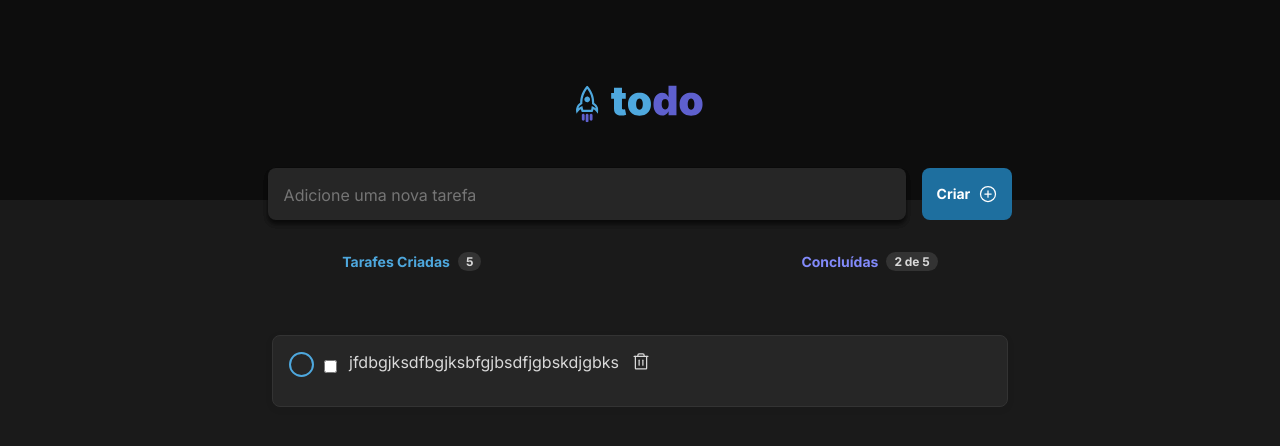
Repository: guilhermecardoso93/todolistreact
Page: /
The author's editor kept a copy of each file at every save. The page is drawn from the files as they stood at one save, then again after a run of saves.
The browser window is 1280 px wide. The pictures show the whole page.
The project was rebuilt for these pictures with package versions that can differ from the ones it lists, and the page was loaded fresh each time. Also part of the build but not shown: vite.config.ts.

Above is the page before, as saved 2022-07-04 23:04:57.

### index.html
<!DOCTYPE html>
<html lang="en">
  <head>
    <meta charset="UTF-8" />
    <link rel="icon" type="image/svg+xml" href="/src/favicon.svg" />
    <link rel="preconnect" href="https://fonts.googleapis.com" />
    <link rel="preconnect" href="https://fonts.gstatic.com" crossorigin />
    <meta name="viewport" content="width=device-width, initial-scale=1.0" />
    <link
      href="https://fonts.googleapis.com/css2?family=Inter:wght@400;500;600;700&display=swap"
      rel="stylesheet"
    />
    <title>to do list</title>
  </head>
  <body>
    <div id="root"></div>
    <script type="module" src="/src/main.tsx"></script>
  </body>
</html>

### src/App.tsx
import "./global.css";
import { Header } from "./Header";
import { Tasks } from "./Tasks";

function App() {
  return (
    <>
      <Header />
      <Tasks/>
    </>
  );
}

export default App;

### src/global.css
:root {
  --white: #fff;

  --gray-100: #f2f2f2;
  --gray-100: #d9d9d9;
  --gray-300: #808080;
  --gray-400: #333333;
  --gray-500: #262626;
  --gray-600: #1a1a1a;
  --gray-700: #0d0d0d;

  --danger: #e25858;

  --purple: #828afa;
  --purple-dark: #5e60ce;

  --blue: #4ea8de;
  --blue-dark: #1e6f9f;
}

* {
  margin: 0;
  padding: 0;
  box-sizing: border-box;
}

body {
  -webkit-font-smoothing: antialiased;
  background: var(--gray-600);
}

body,
textarea,
button,
input {
  font-family: "Inter", sans-serif;
}

### src/Header.tsx
import  Logo  from "./assets/logo.svg";

import styles from "./Header.module.css";

export function Header() {
  return (
    <header className={styles.header}>
      <img src={Logo} alt='logo' className={styles.logo}/>
    </header>
  );
}

### src/Tasks.tsx
import { PlusCircle, Trash } from "phosphor-react";
import { TaskList } from "./TasksList";
import { useState, ChangeEvent } from "react";

import styles from "./Tasks.module.css";

interface TaskProps {
  id: number;
  tasksText: string;
}

interface TaskDelete {
  task: string;
  onDeleteTask: (comment: string) => void;
}

export function Tasks() {
  const [task, setTask] = useState<string>("");
  const [todoList, setTodoList] = useState<TaskProps[]>([]);

  function handleNewTask(event: ChangeEvent<HTMLTextAreaElement>) {
    event.preventDefault();
    setTask(event.target.value);
  }

  function addTask() {
    const idRandom = (num: number) => Math.floor(Math.random() * num);
    const newTask = { id: idRandom(9999999), tasksText: task };

    setTodoList([...todoList, newTask]);
  }

  //function handleDeleteTask<TaskDelete>() {
  //  onDeleteTask(tasksText);
  //}

  return (
    <>
      <div className={styles.mainThing}>
        <form className={styles.container}>
          <textarea
            placeholder="Adicione uma nova tarefa"
            name="task"
            value={task}
            onChange={handleNewTask}
            required
          />

          <button type="submit" onClick={addTask}>
            Criar <PlusCircle size={20} />{" "}
          </button>
        </form>
        <div className={styles.content}>
          <div className={styles.titles}>
            <div className={styles.titlesMake}>
              <p className={styles.titlesMakeTitle}>Tarafes Criadas</p>
              <p className={styles.titlesMakeTitleNumber}> 5 </p>
            </div>
            <div className={styles.titles}>
              <div className={styles.titlesMake}>
                <p className={styles.titlesDoneTitle}>Concluídas</p>
                <p className={styles.titlesDoneTitleNumber}> 2 de 5 </p>
              </div>
            </div>
          </div>
        </div>

        <div>
          <div>
            <div className={styles.tasksList}>
              <div className={styles.tasksListItem}>
                <div>
                  <label className={styles.containerList}>
                    <input type="checkbox" />
                    <span className={styles.checkmark} />
                  </label>
                </div>
                <div>
                  <p>jfdbgjksdfbgjksbfgjbsdfjgbskdjgbks</p>
                </div>
                <div>
                  <button className={styles.delete}>
                    <Trash size={20} />{" "}
                  </button>
                </div>
              </div>
            </div>
          </div>
        </div>
      </div>
    </>
  );
}

### src/Header.module.css
.header {
  height: 12.5rem;
  background: var(--gray-700);
  display: flex;
  justify-content: center;
  align-items: center;
}

.logo {
  height: 4rem;
  width: 8rem;
}

### src/Tasks.module.css
.mainThing {
  display: flex;
  flex-direction: column;
  margin: auto;
  align-items: center;
  justify-content: center;
}

.content {
  display: flex;
  align-itens: center;
  justify-content: space-between;
  margin-bottom: 2rem;
  width: 736px;
}

.titles {
  display: flex;
  align-itens: center;
  justify-content: space-between;
  gap: 20rem;
  margin: auto;
}

.titlesMake,
.titleDone {
  display: flex;
  flex-direction: row;
  justify-content: center;
  align-items: center;
  gap: 0.5rem;
}
.titlesMakeTitle {
  color: var(--blue);
  font-weight: bold;
  font-weight: 700;
  font-size: 14px;
  line-height: 17px;
}

.titlesDoneTitle {
  color: var(--purple);
  font-weight: bold;
  font-weight: 700;
  font-size: 14px;
  line-height: 17px;
}

.titlesMakeTitleNumber,
.titlesDoneTitleNumber {
  display: flex;
  flex-direction: column;
  justify-content: center;
  align-items: center;

  width: auto;
  padding: 2px 8px;
  height: 19px;

  background: var(--gray-400);
  color: var(--gray-100);
  border-radius: 999px;

  font-style: normal;
  font-weight: 700;
  font-size: 12px;
  line-height: 15px;
}

.container {
  display: flex;
  align-items: center;
  justify-content: center;
  margin-top: -2rem;
  margin-bottom: 2rem;
  gap: 1rem;
}

.container textarea {
  background-color: var(--gray-500);
  color: var(--gray-300);
  width: 39.93rem;
  height: 3.25rem;
  padding: 1rem;

  overflow: hidden;
  resize: none;

  font-style: normal;
  font-weight: 400;
  font-size: 1rem;
  line-height: 140%;

  border: 1px solid var(--grey-700);
  box-shadow: 0px 4px 4px rgba(0, 0, 0, 0.25), 0px 4px 4px rgba(0, 0, 0, 0.25),
    0px 4px 4px rgba(0, 0, 0, 0.25);
  border-radius: 8px;
}

.container textarea:focus {
  color: var(--gray-100);
}

.container button {
  background: var(--blue-dark);
  color: var(--white);
  gap: 0.5rem;
  display: flex;
  align-items: center;
  justify-content: center;
  border-radius: 8px;
  height: 3.25rem;
  width: 5.62rem;
  border: none;

  font-style: normal;
  font-weight: 700;
  font-size: 14px;
  line-height: 140%;
  cursor: pointer;

  transition: 0.2s;
}

.container button:hover {
  background: var(--blue);
}

.tasksList {
  display: flex;
  flex-direction: column;
  gap: 1rem;

  margin-top: 2rem;
}

.tasksListItem {
  display: flex;
  flex-direction: row;
  align-items: flex-start;
  padding: 16px;
  gap: 12px;

  border: 1px solid #333333;
  box-shadow: 0px 2px 8px rgba(0, 0, 0, 0.06);
  border-radius: 8px;
  background: var(--gray-500);
  color: var(--gray-100);

  width: 736px;
  height: 72px;
}

.delete {
  background: none;
  border: none;
  color: var(--gray-100);
  cursor: pointer;

  transition: 0.2s;
}

.delete:hover {
  color: var(--danger);
}

.containerList {
  display: block;
  position: relative;
  padding-left: 35px;
  margin-bottom: 12px;
  cursor: pointer;
  font-size: 22px;
  -webkit-user-select: none;
  -moz-user-select: none;
  -ms-user-select: none;
  user-select: none;
}

.container input {
  position: absolute;
  opacity: 0;
  cursor: pointer;
  height: 0;
  width: 0;
}

.checkmark {
  position: absolute;
  top: 0;
  left: 0;
  height: 25px;
  width: 25px;
  background-color: none;
  border-radius: 50%;
  border: 2px solid var(--blue);

  transition: 0.2s;
}

.container:hover input ~ .checkmark {
  background-color: var(--purple);
  border: 2px solid var(--purple);
}

.container input:checked ~ .checkmark {
  background-color: var(--purple);
  border: 2px solid var(--purple);
}

.checkmark:after {
  content: "";
  position: absolute;
  display: none;
}

.container input:checked ~ .checkmark:after {
  display: block;
}

.container .checkmark:after {
  align-itens: center;
  left: 6px;
  top: 3px;
  width: 5px;
  height: 10px;
  border: solid white;
  border-width: 0 3px 3px 0;
  -webkit-transform: rotate(45deg);
  -ms-transform: rotate(45deg);
  transform: rotate(45deg);
}

Loaded but not shown: src/main.tsx (common file)

After the next 2 saves:
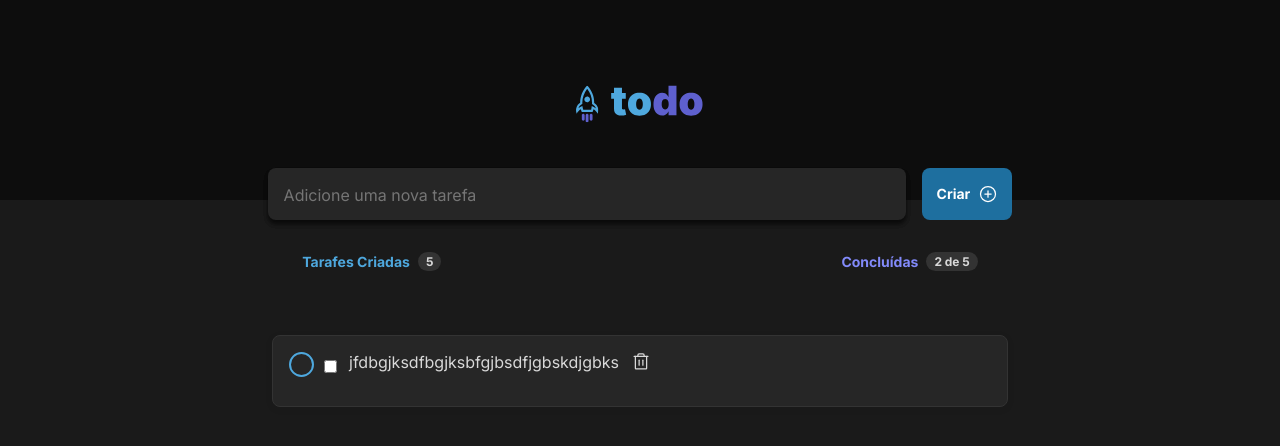
The 2 saves are shown as one change because they came seconds apart.
The last was saved 10 s later.
--- a/src/Tasks.module.css
+++ b/src/Tasks.module.css
@@ -18,7 +18,7 @@
   display: flex;
   align-itens: center;
   justify-content: space-between;
-  gap: 20rem;
+  gap: 25rem;
   margin: auto;
 }
 
